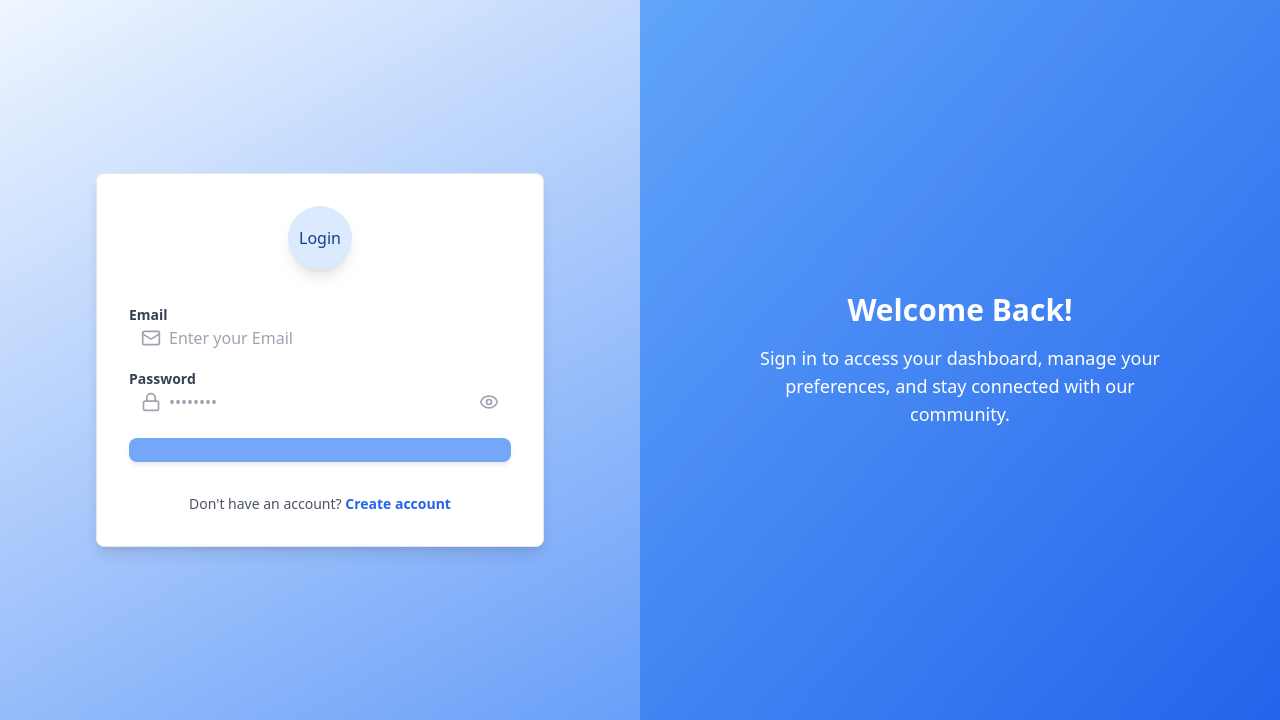
Repository: Subhashree-Nayak507/Test
Page: /login (app in client/)
These files come from the project's save history. The page is drawn as it stood at one moment and after the next save; the edit follows.
The browser window is 1280 px wide. The pictures show the whole page.
The project was rebuilt for these pictures with package versions that can differ from the ones it lists, and the page was loaded fresh each time. Also part of the build but not shown: client/vite.config.js, client/src/pages/FormPage.jsx, client/src/pages/SignupPage.jsx.

Above is the page before, as saved 2025-01-06 13:06:13.

After the next save:
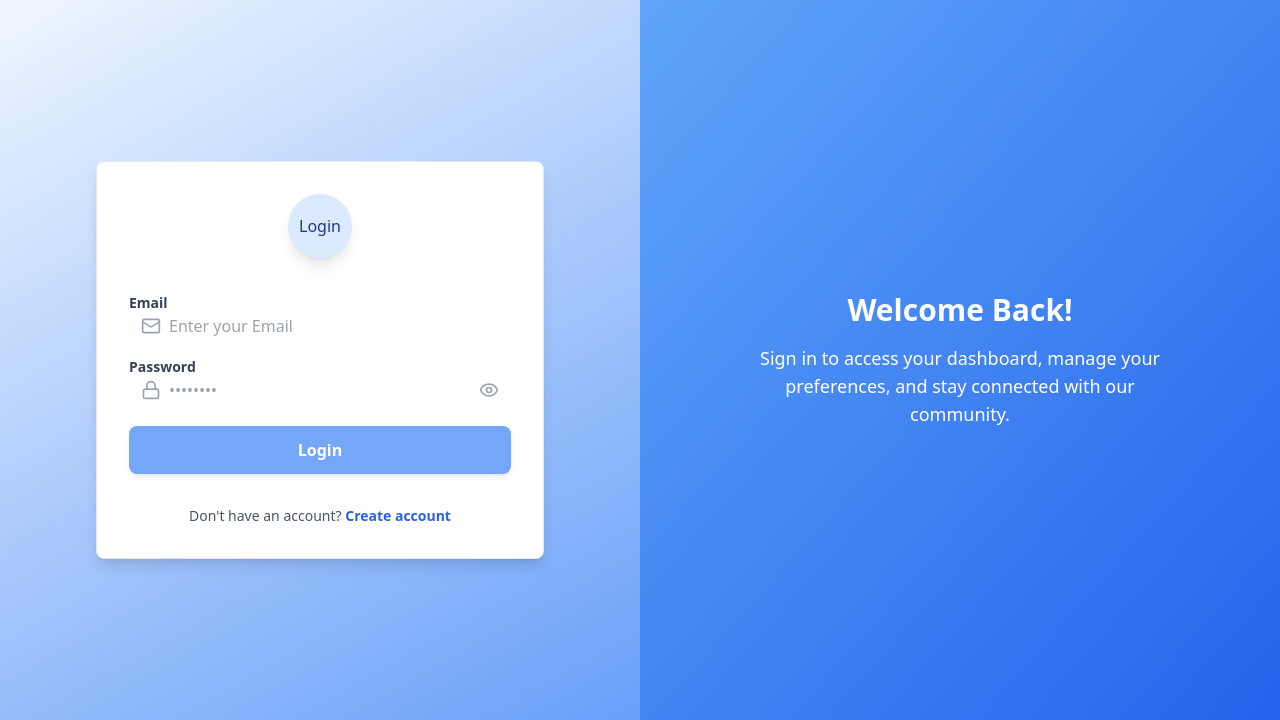
Saved 32 s later.
--- a/client/src/pages/LoginPage.jsx
+++ b/client/src/pages/LoginPage.jsx
@@ -110,11 +110,7 @@ const LoginPage = () => {
               disabled={isLoading}
               className="btn btn-primary w-full flex justify-center items-center py-3 rounded-lg font-semibold shadow-md text-white bg-blue-500 hover:bg-blue-600 focus:outline-none active:scale-95 disabled:opacity-70"
             >
-              {isLoading ? (
-                <span className="loading loading-spinner"></span>
-              ) : (
-                "Login"
-              )}
+              Login
             </button>
           </form>
 
